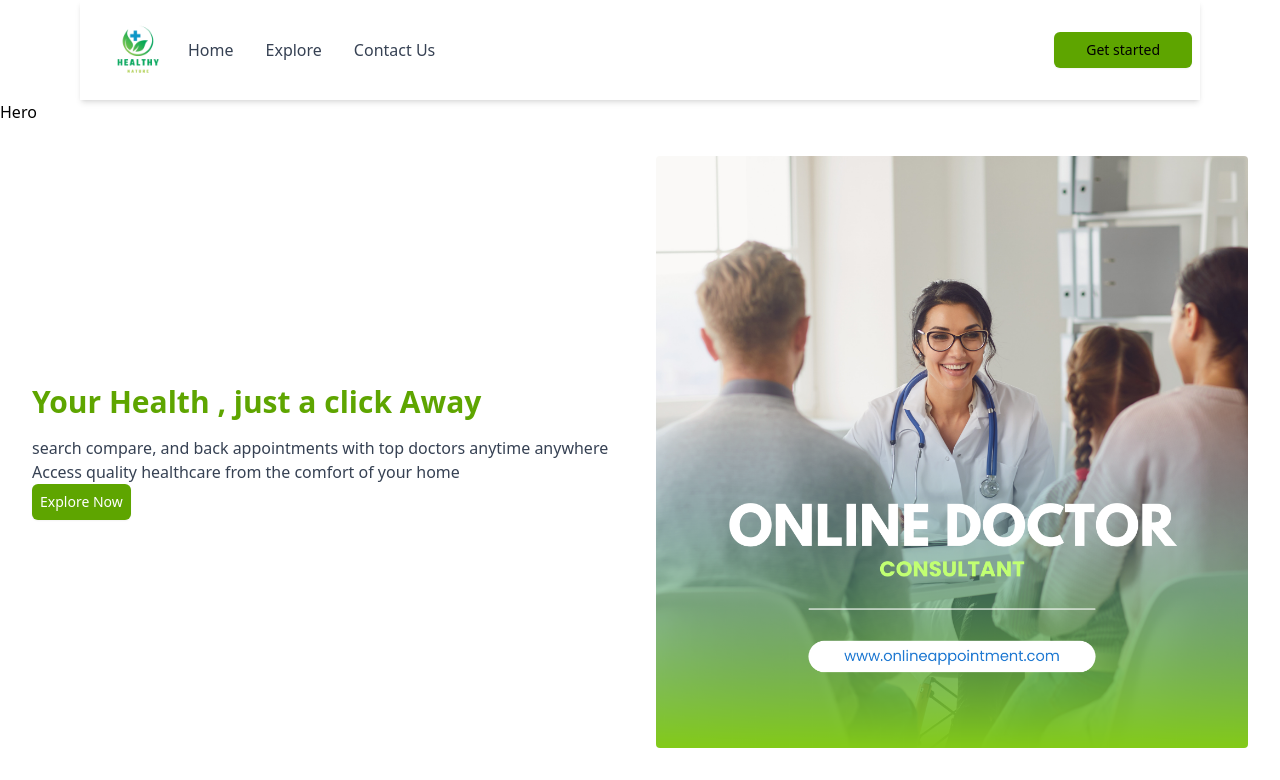
Repository: Muyassar-Mamdoh-Salem/appooinetment_app_frontend
Page: /
An editor plug-in stored every save of this project. The page is shown before and after a run of saves, followed by the edit.
The browser window is 1280 px wide. The pictures show the whole page.
The project was rebuilt for these pictures with package versions that can differ from the ones it lists, and the page was loaded fresh each time. The framework's server and built-in components were replaced by stand-ins that run in the browser. Also part of the build but not shown: next.config.mjs.

Above is the page before, as saved 2025-07-03 15:27:01.

### app/layout.js
import { Geist, Geist_Mono } from "next/font/google";
import "./globals.css";
import Header from "./_compnents/Header";
const geistSans = Geist({
  variable: "--font-geist-sans",
  subsets: ["latin"],
});

const geistMono = Geist_Mono({
  variable: "--font-geist-mono",
  subsets: ["latin"],
});

export const metadata = {
  title: "Create Next App",
  description: "Generated by create next app",
};

export default function RootLayout({ children }) {
  return (
    <html lang="en">
      <body
        className={`${geistSans.variable} ${geistMono.variable} antialiased`}
      >
        <div className=" md:px-20">
                 <Header />

        </div>
        {children}
      </body>
    </html>
  );
}

### app/page.js
import Image from "next/image";

// shad cn
import { Button } from "@/components/ui/button"
// component
import Hero from "./_compnents/Hero";
export default function Home() {
  return (
    <div className="">
<Hero/>

    </div>
  );
}

### app/_compnents/Header.jsx
import React from 'react';
import Image from 'next/image';
import Link from 'next/link';
import { Button } from '@/components/ui/button';

function Header() {
  const menu = [
    { id: 1, name: 'Home', path: '/' },
    { id: 2, name: 'Explore', path: 'Explore' },
    { id: 3, name: 'Contact Us', path: 'Contact Us' }
  ];

  return (
    <header className="bg-white shadow-md px-2 flex items-center justify-between    ">
      <div className="  flex items-center  ">
        {/* الشعار */}
        <div className="flex items-center gap-2">
          <Image src="/assets/image/logo.png" width={100} height={40} alt="logo" />

        </div>

        {/* القائمة */}
        <nav>
          <ul className="hidden md:flex gap-8 text-gray-700 font-medium">
            {menu.map((item) => (
              <li key={item.id}>
                <Link
                  href={item.path}
                  className="hover:text-lime-600 transition-all duration-200 cursor-pointer hover:scale-105 "
                >
                  {item.name}
                </Link>
              </li>
            ))}
          </ul>
        </nav>
      </div>
      <Button>Get started</Button>

    </header>
  );
}

export default Header;

### components/ui/button.jsx
import * as React from "react"
import { Slot } from "@radix-ui/react-slot"
import { cva } from "class-variance-authority";

import { cn } from "@/lib/utils"

const buttonVariants = cva(
  "inline-flex items-center justify-center gap-2 whitespace-nowrap rounded-md text-sm font-medium transition-all disabled:pointer-events-none disabled:opacity-50 [&_svg]:pointer-events-none [&_svg:not([class*='size-'])]:size-4 shrink-0 [&_svg]:shrink-0 outline-none focus-visible:border-ring focus-visible:ring-ring/50 focus-visible:ring-[3px] aria-invalid:ring-destructive/20 dark:aria-invalid:ring-destructive/40 aria-invalid:border-destructive",
  {
    variants: {
      variant: {
        default:
          "bg-lime-600 text-primary-foreground shadow-xs hover:bg-lime-700 cursor-pointer",
        destructive:
          "bg-destructive text-white shadow-xs hover:bg-destructive/90 focus-visible:ring-destructive/20 dark:focus-visible:ring-destructive/40 dark:bg-destructive/60",
        outline:
          "border bg-background shadow-xs hover:bg-accent hover:text-accent-foreground dark:bg-input/30 dark:border-input dark:hover:bg-input/50",
        secondary:
          "bg-secondary text-secondary-foreground shadow-xs hover:bg-secondary/80",
        ghost:
          "hover:bg-accent hover:text-accent-foreground dark:hover:bg-accent/50",
        link: "text-primary underline-offset-4 hover:underline",
      },
      size: {
        default: "h-9 px-8 py-2 has-[>svg]:px-3",
        sm: "h-8 rounded-md gap-1.5 px-3 has-[>svg]:px-2.5",
        lg: "h-10 rounded-md px-6 has-[>svg]:px-4",
        icon: "size-9",
      },
    },
    defaultVariants: {
      variant: "default",
      size: "default",
    },
  }
)

function Button({
  className,
  variant,
  size,
  asChild = false,
  ...props
}) {
  const Comp = asChild ? Slot : "button"

  return (
    <Comp
      data-slot="button"
      className={cn(buttonVariants({ variant, size, className }))}
      {...props} />
  );
}

export { Button, buttonVariants }

### app/_compnents/Hero.jsx
import { Button } from '@/components/ui/button'
import React from 'react'

function Hero() {
  return (
    <div>Hero
        <section>
  <div className="mx-auto max-w-screen-xl px-4 py-8 sm:px-6 lg:px-8">
    <div className="grid grid-cols-1 gap-4 md:grid-cols-2 md:items-center md:gap-8">
      <div>
        <div className="max-w-lg md:max-w-none">
          <h2 className="text-2xl font-semibold text-lime-600 sm:text-3xl">
          Your Health , just a click Away
          </h2>

          <p className="mt-4 text-gray-700">
           search compare, and back appointments with top doctors anytime anywhere Access quality healthcare from the comfort of your home
          </p>
          <Button className="p-2 bg-lime-600 text-white">Explore Now</Button>
        </div>
      </div>

      <div>
        <img
        src='assets\image\hero.png'
          className="rounded"
          alt=""
        />
      </div>
    </div>
  </div>
</section>
    </div>
  )
}

export default Hero

Loaded but not shown: app/globals.css (common file); lib/utils.js (common file)

After the next 2 saves:
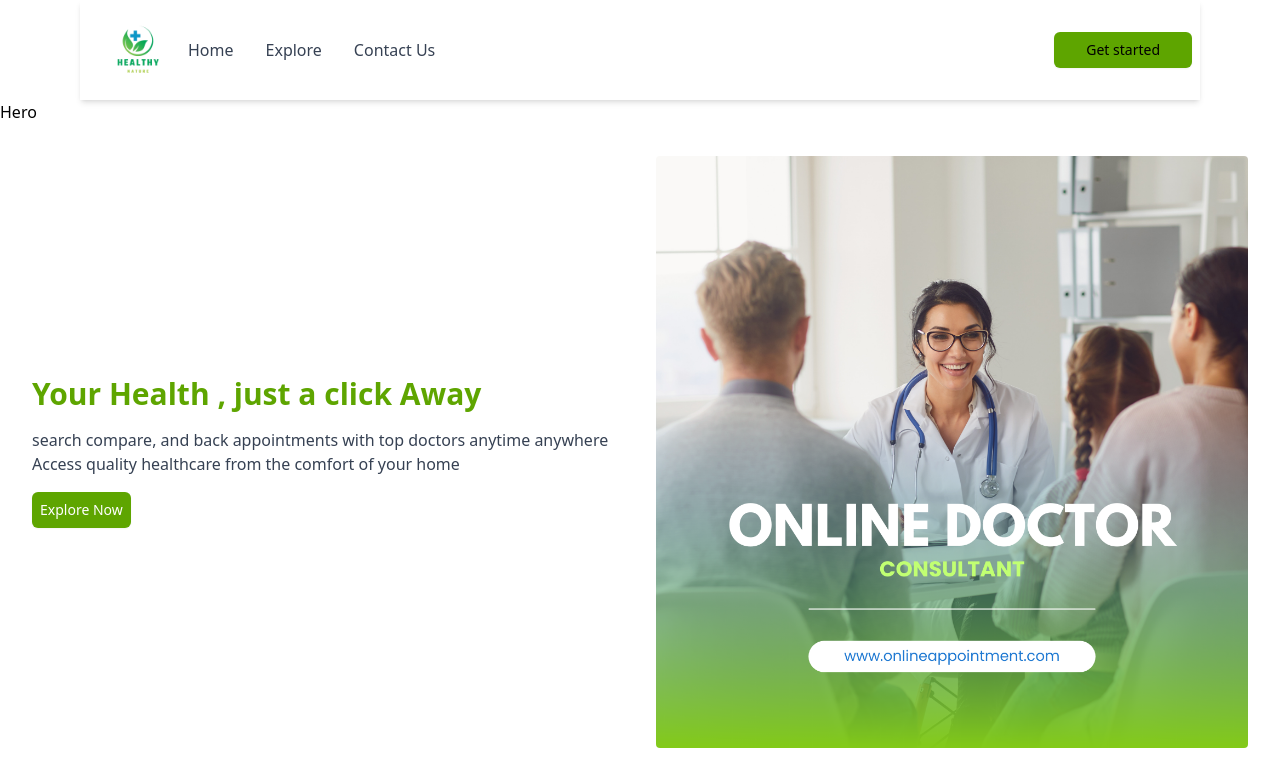
The 2 saves are shown as one change because they came seconds apart.
The last was saved 7 s later.
--- a/app/_compnents/Hero.jsx
+++ b/app/_compnents/Hero.jsx
@@ -16,7 +16,7 @@ function Hero() {
           <p className="mt-4 text-gray-700">
            search compare, and back appointments with top doctors anytime anywhere Access quality healthcare from the comfort of your home
           </p>
-          <Button className="p-2 bg-lime-600 text-white">Explore Now</Button>
+          <Button className="p-2 bg-lime-600 text-white mt-4">Explore Now</Button>
         </div>
       </div>
 
